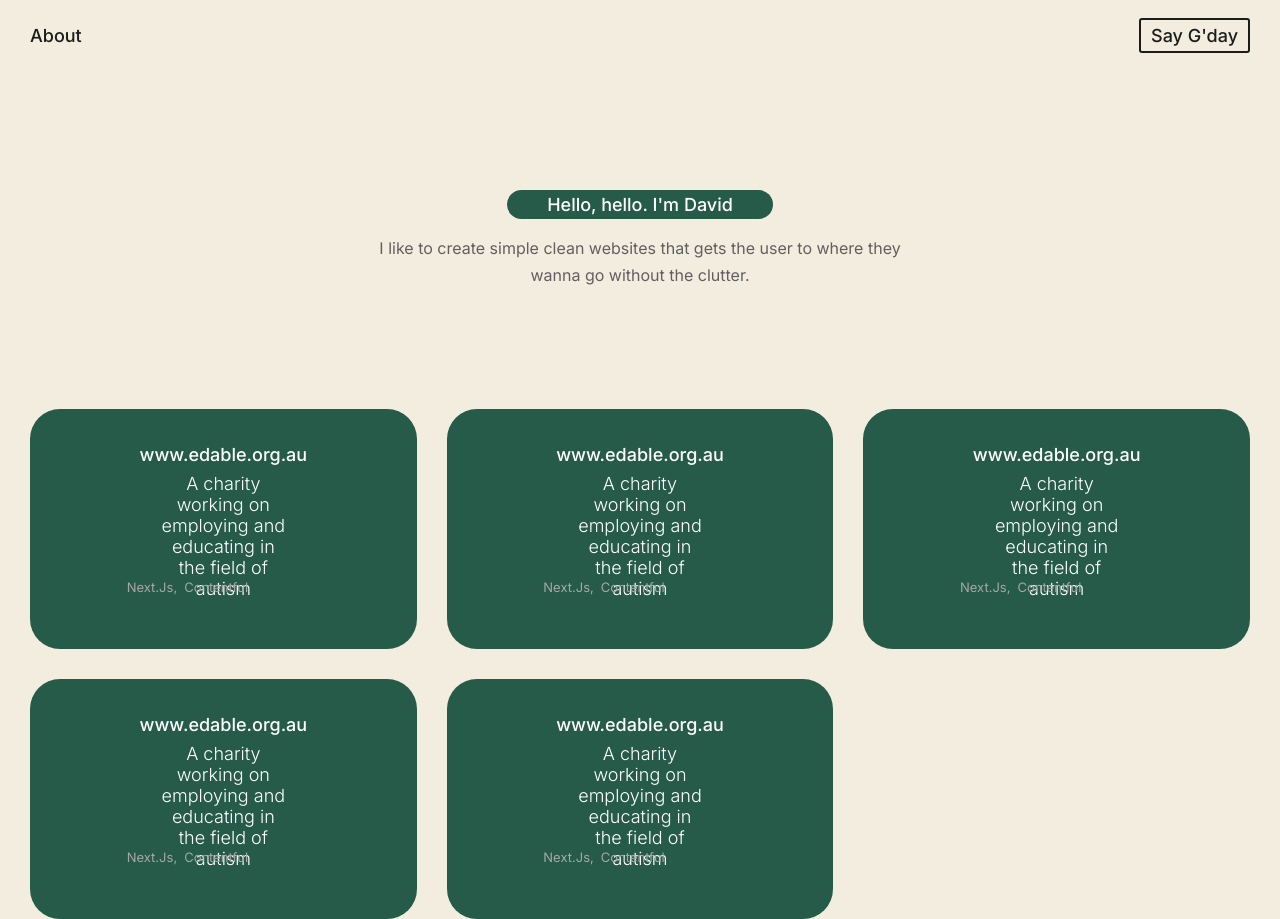
Repository: David-Waite/David-Waite-Portfolio
Page: /
An editor plug-in stored every save of this project. The page is shown before and after the next save, followed by the edit.
The browser window is 1280 px wide. The pictures show the whole page.
The project was rebuilt for these pictures with package versions that can differ from the ones it lists, and the page was loaded fresh each time. The framework's server and built-in components were replaced by stand-ins that run in the browser. Also part of the build but not shown: next.config.js.

Above is the page before, as saved 2023-07-26 13:11:31.

### app/layout.tsx
import "./globals.css";
import type { Metadata } from "next";
import { Inter } from "next/font/google";
import Link from "next/link";
import NavBar from "./components/Nav/NavBar/NavBar";

const inter = Inter({ subsets: ["latin"] });

export const metadata: Metadata = {
  title: "Create Next App",
  description: "Generated by create next app",
};

export default function RootLayout({
  children,
}: {
  children: React.ReactNode;
}) {
  return (
    <html lang="en">
      <body className={inter.className}>
        <NavBar />
        {children}
      </body>
    </html>
  );
}

### app/page.tsx
import Projects from "./components/Nav/Home/Projects/Projects";
import styles from "./page.module.css";
import Image from "next/image";
export default function Home() {
  return (
    <main className={styles.main}>
      <div className={styles.headingContainer}>
        <h1>Hello, hello. I&apos;m David</h1>
        <p>
          I like to create simple clean websites that gets the user to where
          they wanna go without the clutter.
        </p>
      </div>
      <Projects />
    </main>
  );
}

### app/globals.css
:root {
  --primary: #255b48;
  --black: #191d1b;
  --background: #f3eddf;
  --white: #ffffff;
  --grey: #606060;
}

.paragraph {
  font-size: 18px;
  font-style: normal;
  font-weight: 400;
  line-height: 25.2px;
  color: var(--black);
}

body {
  background-color: var(--background);
}

* {
  padding: 0;
  margin: 0;
  box-sizing: border-box;
}

### app/components/Nav/NavBar/NavBar.tsx
"use client";
import NavButton from "../NavButton/NavButton";
import styles from "./navBar.module.css";
import { usePathname } from "next/navigation";

import Link from "next/link";

export default function NavBar() {
  const currentRoute = usePathname();

  return (
    <nav className={styles.container}>
      <Link href={`./${currentRoute === "/" ? "about" : "/"}`}>
        {currentRoute === "/" ? "About" : "Home"}
      </Link>

      {currentRoute !== "/contact" && <NavButton />}
    </nav>
  );
}

### app/components/Nav/Home/Projects/Projects.tsx
"use client";

import Image from "next/image";
import styles from "./projects.module.css";

export default function About() {
  const projects: any = [
    {
      image: "/Edable.jpg",
      imageAlt: "Edable Home",
      link: "www.edable.org.au",
      description:
        "A charity working on employing and educating in the field of autism",
      madeWith: ["Next.Js", "Contentful"],
    },
    {
      image: "/Edable.jpg",
      imageAlt: "Edable Home",
      link: "www.edable.org.au",
      description:
        "A charity working on employing and educating in the field of autism",
      madeWith: ["Next.Js", "Contentful"],
    },

    {
      image: "/Edable.jpg",
      imageAlt: "Edable Home",
      link: "www.edable.org.au",
      description:
        "A charity working on employing and educating in the field of autism",
      madeWith: ["Next.Js", "Contentful"],
    },
    {
      image: "/Edable.jpg",
      imageAlt: "Edable Home",
      link: "www.edable.org.au",
      description:
        "A charity working on employing and educating in the field of autism",
      madeWith: ["Next.Js", "Contentful"],
    },
    {
      image: "/Edable.jpg",
      imageAlt: "Edable Home",
      link: "www.edable.org.au",
      description:
        "A charity working on employing and educating in the field of autism",
      madeWith: ["Next.Js", "Contentful"],
    },
  ];

  const projectCardsElement: any = projects.map((item: any) => {
    return (
      <a
        key={item.title}
        href={`https://${item.link}`}
        target="_blank"
        style={{ textDecoration: "none" }}
      >
        <div className={styles.projectsCard}>
          <div className={styles.projectContainer}>
            <Image
              className={styles.projectImages}
              src={item.image}
              alt={item.imageAlt}
              fill={true}
            />
            <div className={styles.projectInfo}>
              <h2>{item.link}</h2>
              <p>{item.description}</p>

              <ul className={styles.madeWith}>
                {item.madeWith.map((madewith: any) => (
                  <li key={item.title}>
                    {`${madewith}${
                      madewith === item.madeWith[item.madeWith.length - 1]
                        ? ""
                        : ","
                    }`}
                  </li>
                ))}
              </ul>
            </div>
          </div>
        </div>
      </a>
    );
  });
  return <div className={styles.projectsGrid}>{projectCardsElement}</div>;
}
// import styles from "./projects.module.css";
// import Image from "next/image";
// export default function Projects() {
//   return (
//     <main className={styles.main}>
//       <div className={styles.projects}>
//         <div className={styles.projectContainer}>
//           <div className={styles.imageContainer}>
//             <Image
//               src="/Edable.jpg"
//               fill={true}
//               alt="Edable homePage"
//               objectFit="contain"
//             />
//             <div className={styles.text}>
//               <h2>https://www.edable.org.au/</h2>
//               <p>
//                 A charity working on employing and educating in the field of
//                 autism
//               </p>
//             </div>
//           </div>
//         </div>
//         <div className={styles.projectContainer}></div>
//         <div className={styles.projectContainer}></div>
//         <div className={styles.projectContainer}></div>
//         <div className={styles.projectContainer}></div>
//       </div>
//     </main>
//   );
// }

### app/page.module.css
.main {
  margin: 0 30px;
}
.headingContainer {
  display: flex;
  flex-direction: column;
  align-items: center;
  margin: 120px 0px;
}

.headingContainer h1 {
  background-color: var(--primary);
  color: var(--white);
  font-size: 18px;
  font-weight: 500;
  padding: 4px 40px;
  border-radius: 20px;
  margin-bottom: 16px;
}

.headingContainer p {
  color: var(--grey);
  max-width: 550px;
  text-align: center;
  line-height: 27px;
}

### app/components/Nav/NavButton/NavButton.tsx
import styles from "./navButton.module.css";

import Link from "next/link";

export default function NavButton() {
  return (
    <Link className={styles.container} href={"./contact"}>
      Say G&apos;day
    </Link>
  );
}

### app/components/Nav/NavBar/navBar.module.css
.container {
  display: flex;
  align-items: center;
  justify-content: space-between;
  height: 70px;
  padding: 0 30px;
}

.container a {
  color: var(--black);
  cursor: pointer;
  text-decoration: none;
  font-size: 18px;
  font-weight: 500;
}

### app/components/Nav/Home/Projects/projects.module.css
.projectsGrid {
  display: grid;
  grid-template-columns: 1fr 1fr 1fr;
  gap: 30px;
}

.projectsCard {
  background-color: var(--primary);
  height: calc((100vw / 3) / 16 * 9);
  border-radius: 30px;
  display: flex;
  align-items: center;
  justify-content: center;
}

.projectContainer {
  position: relative;

  height: calc(100% - 120px);
  width: calc(100%);
  border-radius: 3px;
}
.projectImages {
  object-fit: contain;
  opacity: 0;
}
.projectInfo {
  opacity: 1;
  position: absolute;
  top: 50%;
  left: 50%;
  transform: translate(-50%, -50%);
  flex-direction: column;
  align-items: center;
  justify-content: center;
  background: var(--green);
}

.projectsCard h2 {
  margin-top: auto;
  text-align: center;
  color: var(--white);
  font-size: 18px;
  font-weight: 500;
}

.projectsCard p {
  font-size: 18px;
  text-align: center;
  margin: 8px 30px 0 30px;
  color: var(--white);
  font-weight: 300;
  margin-bottom: auto;
}

.madeWith {
  list-style: none;
  display: flex;
  gap: 7px;
  color: #a7a7a7;
  font-size: 13px;
  margin: -20px 0 20px;
}

### app/components/Nav/NavButton/navButton.module.css
.container {
  border: 2px solid var(--black);
  color: var(--black);
  font-weight: 500;
  border-radius: 3px;
  padding: 5px 10px;
  transition: 0.3s;
}

.container:hover {
  background-color: var(--primary);
  color: var(--white);
}

After the next save:
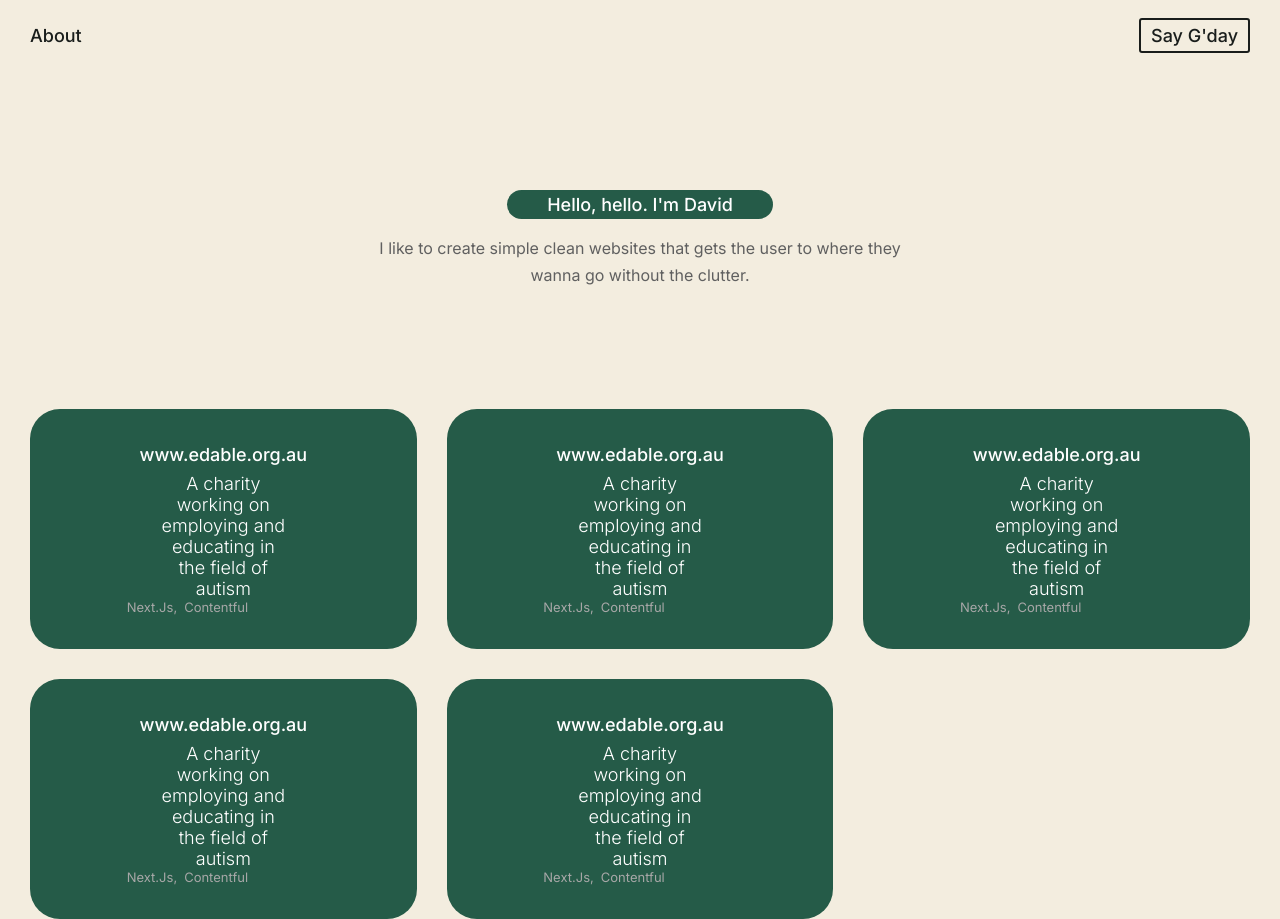
Saved 5 s later.
--- a/app/components/Nav/Home/Projects/projects.module.css
+++ b/app/components/Nav/Home/Projects/projects.module.css
@@ -59,5 +59,4 @@
   gap: 7px;
   color: #a7a7a7;
   font-size: 13px;
-  margin: -20px 0 20px;
 }
